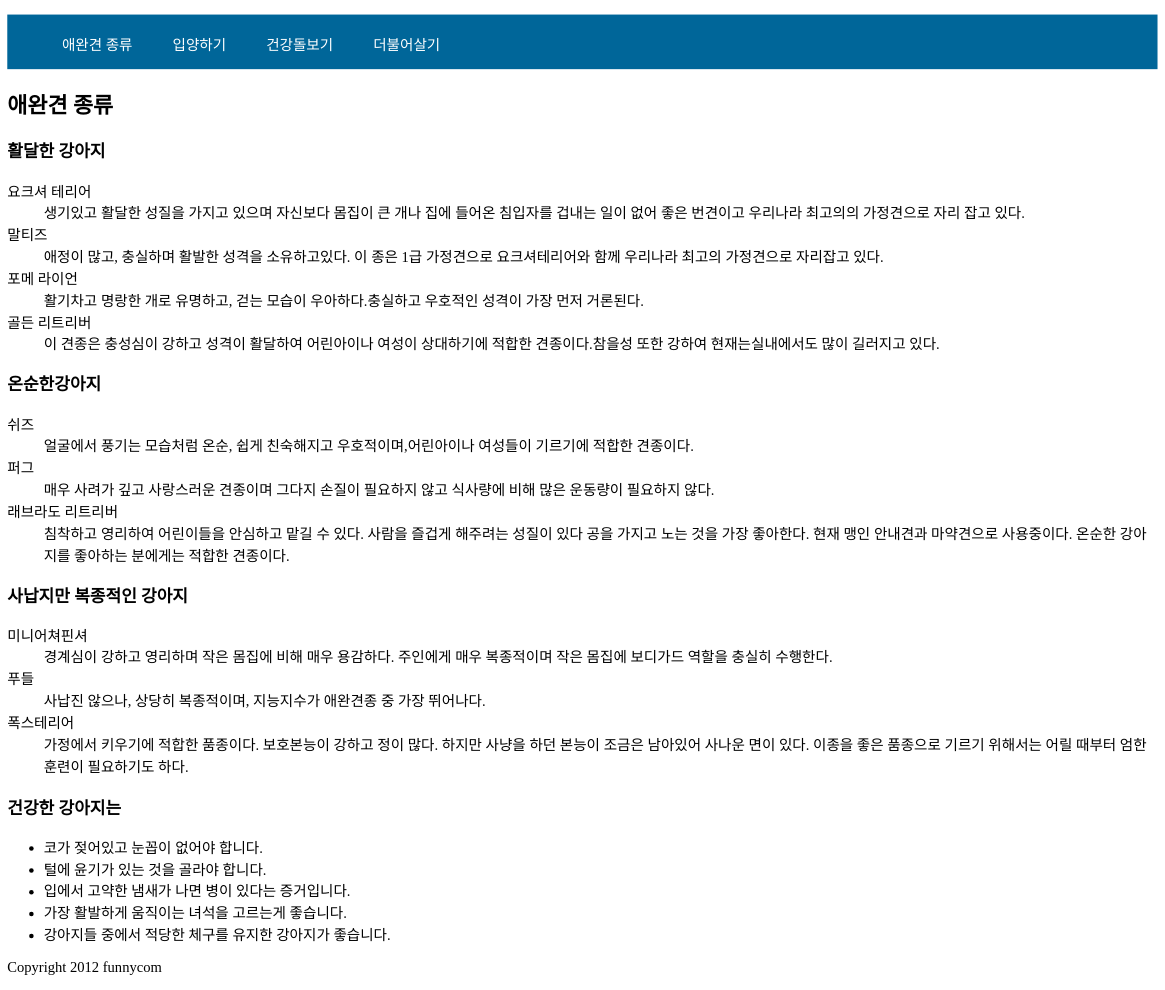
Repository: woosungtae/html_css
Page: pro01/public/10-do.html
These files come from the project's save history. The page is drawn as it stood at one moment and after the next save; the edit follows.
The browser window is 1280 px wide. The pictures show the whole page, at 91% of full size.

Above is the page before, as saved 2022-12-07 08:03:10.

After the next save:
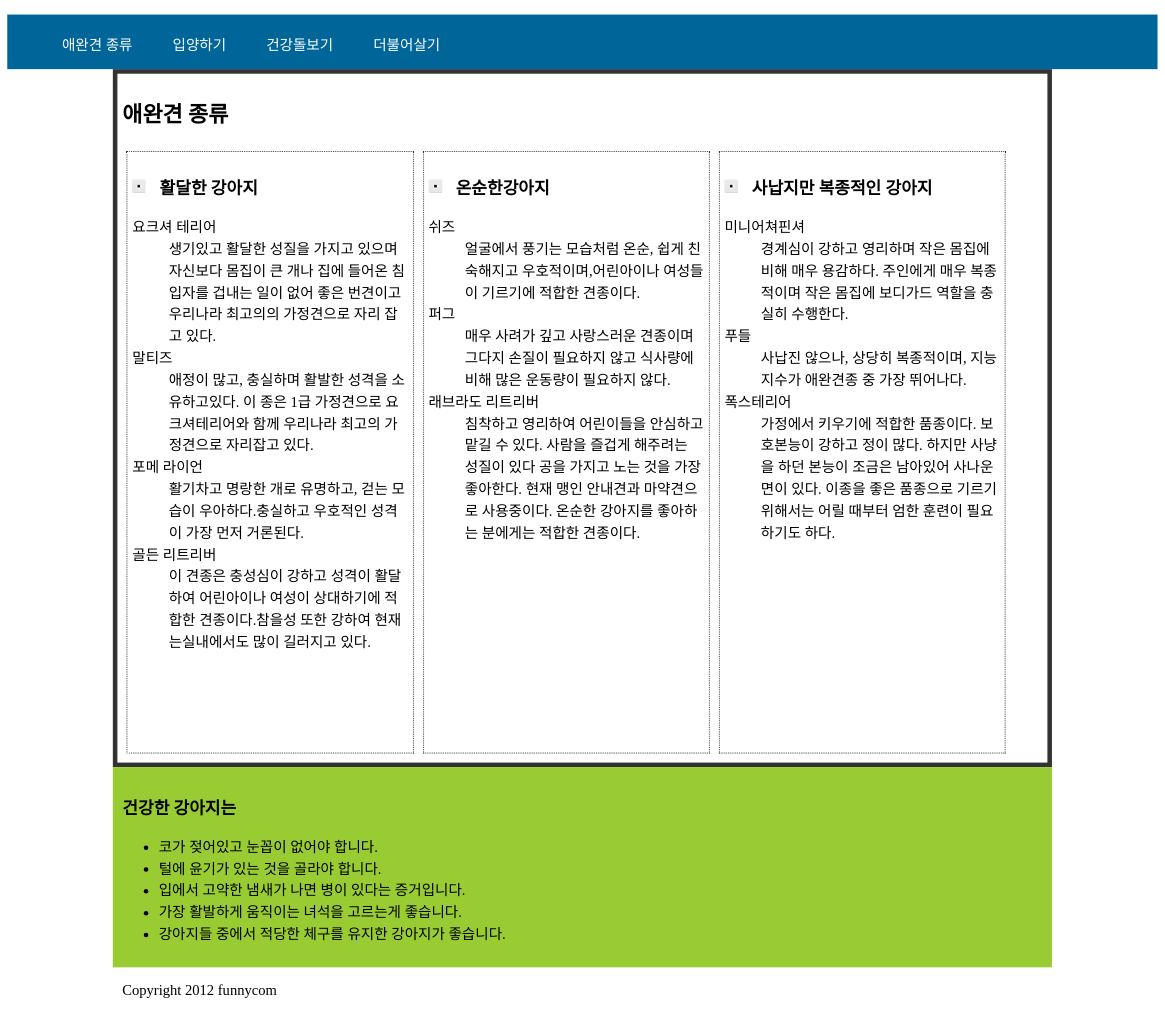
Saved 7 min 48 s later.
--- a/pro01/public/css/style4.css
+++ b/pro01/public/css/style4.css
@@ -15,3 +15,38 @@ nav ul li a {
 	color:white;
 	text-decoration:none;
 }
+article{
+	width:80%;
+	margin-right: auto;
+	margin-left:auto;
+	border:5px solid #333;
+	padding:5px;
+	overflow:hidden;
+}
+article section{
+	width:30%;
+	height:650px;
+	float: left;
+	margin:5px;
+	padding:5px;
+	border:1px dotted #333;
+}
+section h3{
+	background: url('../images/dot.png') no-repeat left center;
+	padding-left: 30px;
+}
+aside{
+	clear:both;
+	margin:0 auto;
+	width:80%;
+	height:auto;
+	padding:10px;
+	background-color:#99cc33
+}
+footer{
+	clear:both;
+	width:80%;
+	margin-right:auto;
+	margin-left:auto;
+	margin-top:0;
+}
